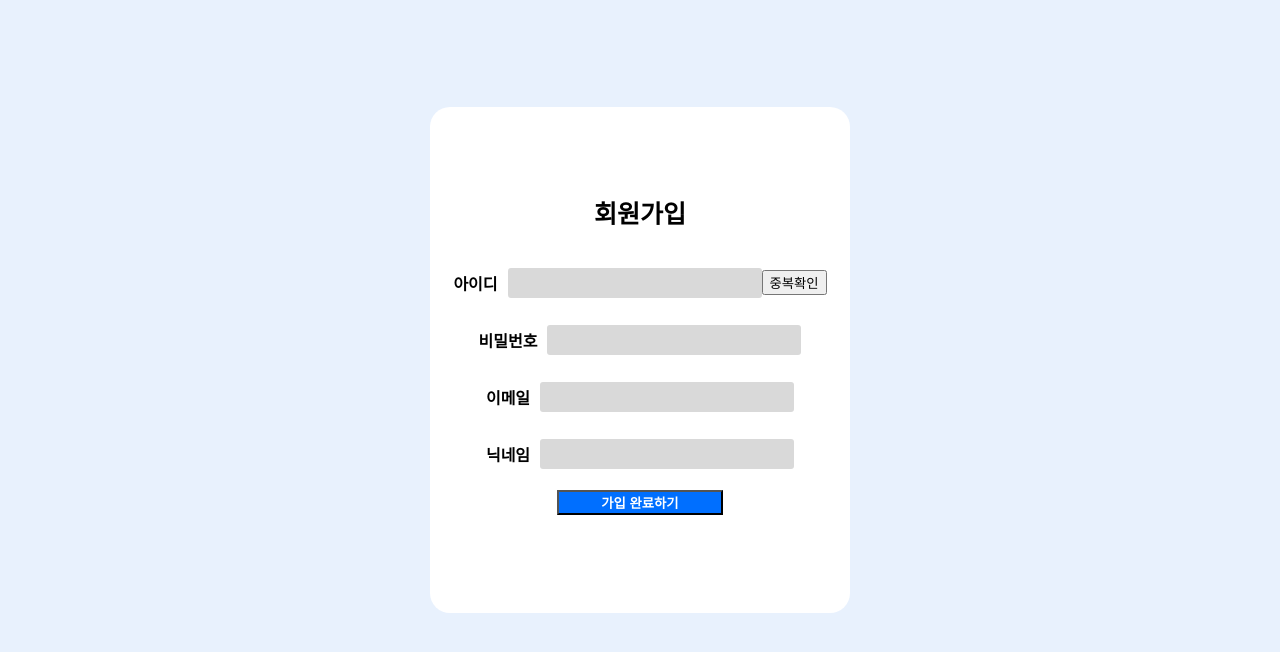
Repository: TeamCosine/Front
Page: /invite
An editor plug-in stored every save of this project. The page is shown before and after the next save, followed by the edit.
The browser window is 1280 px wide. The pictures show the whole page.
The project was rebuilt for these pictures with package versions that can differ from the ones it lists, and the page was loaded fresh each time. Also part of the build but not shown: src/components/home/Card.js, src/pages/Home.js, src/pages/Profile.js, src/pages/Login.js, src/components/MyInfo/Card.js, src/pages/MyInfo.js, src/pages/Write.js, src/components/QNA/Card.js and 1 more.

Above is the page before, as saved 2023-07-22 23:21:40.

After the next save:
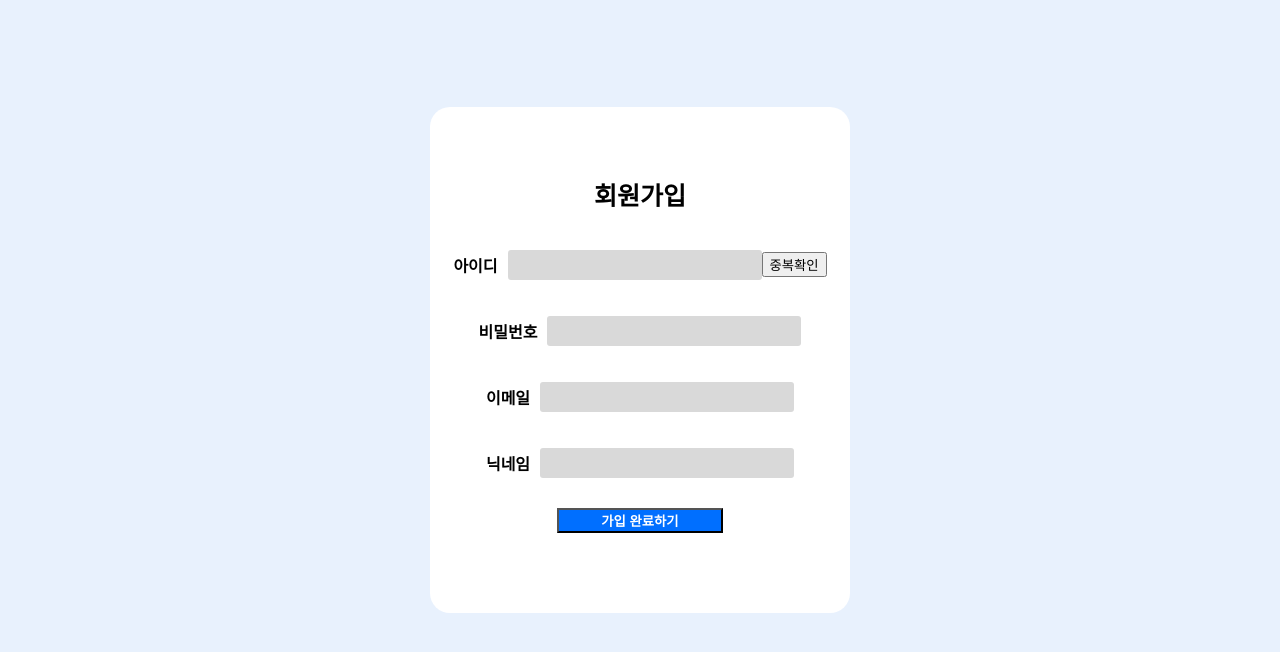
Saved 6 s later.
--- a/src/pages/Invite.js
+++ b/src/pages/Invite.js
@@ -28,7 +28,7 @@
 const FieldContainer = styled.div`
    display: flex;
    align-items: center;
-   margin-bottom: 1px;
+   margin-bottom: 10px;
    text-align: center;
 
 `;
